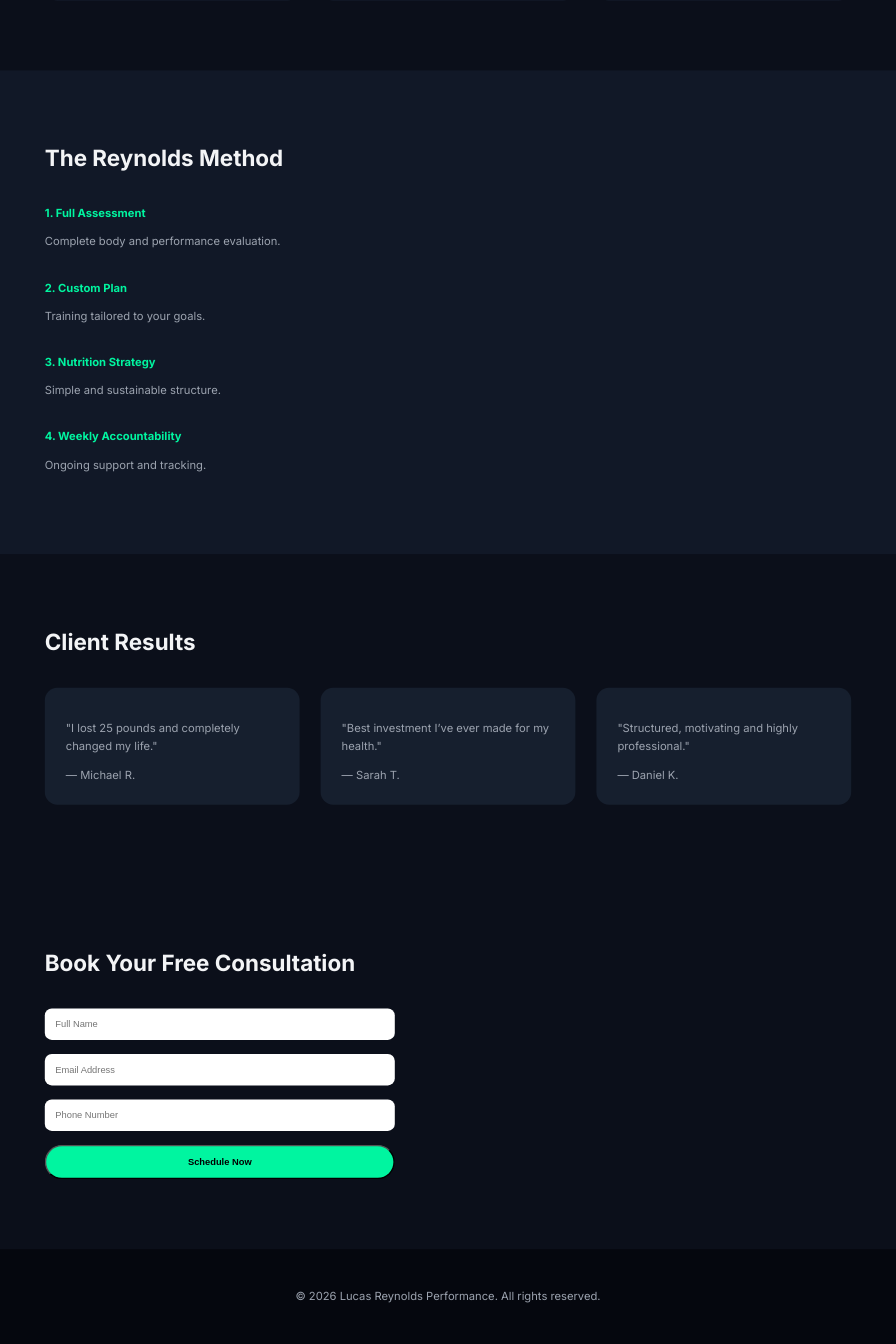
Repository: davidfsillva/Landing-page-pro
Page: index.html
These files come from the project's save history. The page is drawn as it stood at one moment and after the next save; the edit follows.
The browser window is 1280 px wide. The pictures show the part of the page from y = 1082 to 3002 px (the page is 3002 px tall before and 2931 px after), at 70% of full size.

Above is the page before, as saved 2026-02-25 18:58:49.

### index.html
<!DOCTYPE html>
<html lang="en">
<head>
    <!-- ================= BASIC META ================= -->
    <meta charset="UTF-8">
    <meta name="viewport" content="width=device-width, initial-scale=1.0, maximum-scale=5.0">
    <meta name="robots" content="index, follow">
    <link rel="canonical" href="https://www.davidperformance.com">

    <!-- ================= SEO ================= -->
    <title>David Performance | Elite Personal Trainer</title>
    <meta name="description" content="Elite personal training focused on fat loss, muscle building and peak performance. Customized programs, strategic nutrition and real accountability. Book your free fitness consultation today.">

    <!-- ================= OPEN GRAPH ================= -->
    <meta property="og:title" content="David Performance | Transform Your Body in 90 Days">
    <meta property="og:description" content="Personalized training programs with proven results. Limited spots available.">
    <meta property="og:type" content="website">
    <meta property="og:image" content="https://placehold.co/1200x630/0B1020/00FF99?text=DAVID+PERFORMANCE">
    <meta property="og:url" content="https://www.davidperformance.com">
    <meta name="twitter:card" content="summary_large_image">

    <!-- ================= FONTS ================= -->
    <link rel="preconnect" href="https://fonts.googleapis.com">
    <link href="https://fonts.googleapis.com/css2?family=Inter:wght@300;400;600;700;800&display=swap" rel="stylesheet">

    <!-- Icons -->
    <link rel="stylesheet" href="https://cdnjs.cloudflare.com/ajax/libs/font-awesome/6.0.0-beta3/css/all.min.css">

    <!-- CSS -->
    <link rel="stylesheet" href="style.css">

    <!-- ================= PIXEL / TRACKING ================= -->
    <!-- Add Meta Pixel or Google Tag Manager here -->
</head>

<body>

<header class="header">
  <div class="container header-flex">
      <div class="logo">LUCAS REYNOLDS</div>

      <button class="menu-toggle" id="menuToggle">☰</button>

      <nav class="nav" id="nav">
          <a href="#about">About</a>
          <a href="#method">Method</a>
          <a href="#results">Results</a>
      </nav>
  </div>
</header>

<main>

<!-- HERO -->
<section class="hero">
    <div class="hero-overlay"></div>

    <div class="container hero-grid">

        <div class="hero-content">
            <div class="hero-badge">
                Trusted by 320+ Clients
            </div>

            <h1>
                TRANSFORM YOUR BODY IN
                <span>90 DAYS</span>
                OR LESS
            </h1>

            <p>
                Elite personal coaching focused on fat loss, muscle growth and peak performance.
                No generic workouts. Just real strategy and real accountability.
            </p>

            <div class="hero-buttons">
                <a href="#contact" class="btn btn-primary">
                    Book Free Consultation
                </a>
            </div>

            <div class="hero-proof">
                <div>
                    <strong>320+</strong>
                    <small>Transformations</small>
                </div>

                <div>
                    <strong>8+ Years</strong>
                    <small>Experience</small>
                </div>
            </div>
        </div>

    </div>
</section>

<!-- ABOUT -->
<section id="about" class="section">
    <div class="container">
        <h2>Why Most People Fail</h2>

        <div class="grid-3">

            <div class="card">
                <h3>Generic Workouts</h3>
                <p>Programs not built for your body or goals.</p>
            </div>

            <div class="card">
                <h3>Poor Nutrition</h3>
                <p>No structured nutrition strategy to match your lifestyle.</p>
            </div>

            <div class="card">
                <h3>No Accountability</h3>
                <p>Without guidance, consistency becomes impossible.</p>
            </div>

        </div>
    </div>
</section>

<!-- METHOD -->
<section id="method" class="section section-dark">
    <div class="container">
        <h2>The Reynolds Method</h2>

        <div class="method-list">
            <div class="method-item">
                <strong>1. Full Assessment</strong>
                <p>Complete body and performance evaluation.</p>
            </div>

            <div class="method-item">
                <strong>2. Custom Plan</strong>
                <p>Training tailored to your goals.</p>
            </div>

            <div class="method-item">
                <strong>3. Nutrition Strategy</strong>
                <p>Simple and sustainable structure.</p>
            </div>

            <div class="method-item">
                <strong>4. Weekly Accountability</strong>
                <p>Ongoing support and tracking.</p>
            </div>
        </div>
    </div>
</section>

<!-- RESULTS -->
<section id="results" class="section">
    <div class="container">
        <h2>Client Results</h2>

        <div class="grid-3">

            <div class="testimonial">
                <p>"I lost 25 pounds and completely changed my life."</p>
                <span>— Michael R.</span>
            </div>

            <div class="testimonial">
                <p>"Best investment I’ve ever made for my health."</p>
                <span>— Sarah T.</span>
            </div>

            <div class="testimonial">
                <p>"Structured, motivating and highly professional."</p>
                <span>— Daniel K.</span>
            </div>

        </div>
    </div>
</section>

<!-- CONTACT -->
<section id="contact" class="section cta">
    <div class="container">
        <h2>Book Your Free Consultation</h2>

        <form class="form">
            <input type="text" placeholder="Full Name" required>
            <input type="email" placeholder="Email Address" required>
            <input type="tel" placeholder="Phone Number" required>

            <button type="submit" class="btn btn-primary">
                Schedule Now
            </button>
        </form>
    </div>
</section>

</main>

<footer class="footer">
    <div class="container">
        <p>© 2026 Lucas Reynolds Performance. All rights reserved.</p>
    </div>
</footer>

<script src="script.js"></script>
</body>
</html>

### style.css
* {
    margin: 0;
    padding: 0;
    box-sizing: border-box;
}

:root {
    --bg: #0B0F1A;
    --bg-dark: #111827;
    --card: #161F2E;

    --text: #F3F4F6;
    --muted: #9CA3AF;

    --accent: #00F5A0;

    --radius: 18px;
}

body {
    font-family: 'Inter', sans-serif;
    background: var(--bg);
    color: var(--muted);
    line-height: 1.6;
}

.container {
    width: 90%;
    max-width: 1200px;
    margin: auto;
}

.section {
    padding: 100px 0;
}

.section-dark {
    background: var(--bg-dark);
}

h1, h2, h3 {
    color: var(--text);
}

h1 {
    font-size: clamp(2.5rem, 5vw, 4rem);
    line-height: 1.1;
}

h1 span {
    color: var(--accent);
}

h2 {
    font-size: 2rem;
    margin-bottom: 40px;
}

p {
    margin: 15px 0;
}

.btn {
    display: inline-block;
    padding: 15px 35px;
    border-radius: 50px;
    font-weight: 600;
    text-decoration: none;
    transition: 0.3s ease;
}

.btn-primary {
    background: var(--accent);
    color: #000;
}

.btn-primary:hover {
    transform: translateY(-3px);
}

/* HEADER */
.header {
    position: fixed;
    width: 100%;
    background: rgba(11,15,26,0.9);
    backdrop-filter: blur(8px);
    padding: 20px 0;
    z-index: 1000;
}

.header-flex {
    display: flex;
    justify-content: space-between;
    align-items: center;
}

.logo {
    font-weight: 800;
    color: var(--accent);
}

.nav {
    display: flex;
    gap: 30px;
}

.nav a {
    color: var(--muted);
    text-decoration: none;
}

.nav a:hover {
    color: var(--accent);
}

.menu-toggle {
    display: none;
    background: none;
    border: none;
    color: var(--accent);
    font-size: 1.5rem;
}

/* HERO */
.hero {
    height: 100vh;
    display: flex;
    align-items: center;
    background: url('img/pexels-ardit-mbrati-216809103-18187618.jpg') center right/cover no-repeat;
    position: relative;
    padding-top: 80px;
}

.hero-overlay {
    position: absolute;
    inset: 0;
    background: linear-gradient(270deg, rgba(11, 15, 26, 0.116), rgb(11, 15, 26));
}

.hero-grid {
    position: relative;
}

.hero-content {
    max-width: 600px;
}

.hero-badge {
    background: rgba(0,245,160,0.1);
    color: var(--accent);
    padding: 8px 16px;
    border-radius: 50px;
    display: inline-block;
    margin-bottom: 20px;
}

.hero-proof {
    display: flex;
    gap: 40px;
    margin-top: 30px;
}

.hero-proof strong {
    color: var(--accent);
    font-size: 1.5rem;
    display: block;
}

/* CARDS */
.grid-3 {
    display: grid;
    gap: 30px;
}

.card, .testimonial {
    background: var(--card);
    padding: 30px;
    border-radius: var(--radius);
}

.method-list {
    display: grid;
    gap: 25px;
}

.method-item strong {
    color: var(--accent);
}

/* FORM */
.form {
    display: grid;
    gap: 20px;
    max-width: 500px;
}

.form input {
    padding: 15px;
    border-radius: 10px;
    border: none;
}

/* FOOTER */
.footer {
    padding: 40px 0;
    text-align: center;
    background: #05070E;
}

/* RESPONSIVE */
@media (min-width: 768px) {
    .grid-3 {
        grid-template-columns: repeat(3, 1fr);
    }
}

@media (max-width: 768px) {
    .nav {
        display: none;
        flex-direction: column;
        background: var(--bg-dark);
        position: absolute;
        top: 70px;
        right: 0;
        padding: 20px;
    }

    .nav.active {
        display: flex;
    }

    .menu-toggle {
        display: block;
    }

    .hero-proof {
        flex-direction: column;
    }
}

### script.js
(function () {
  "use strict";

  /* =====================================================
     1. MENU RESPONSIVO COM ACESSIBILIDADE
  ===================================================== */
  const menuToggle = document.getElementById("menuToggle");
  const navMenu = document.getElementById("navMenu");

  if (menuToggle && navMenu) {
    menuToggle.addEventListener("click", () => {
      const isActive = navMenu.classList.toggle("active");

      // Atualiza aria-expanded para acessibilidade
      menuToggle.setAttribute("aria-expanded", isActive);

      // Impede scroll do body quando menu aberto
      document.body.style.overflow = isActive ? "hidden" : "auto";
    });

    // Fecha menu ao clicar em link
    document.querySelectorAll(".nav-menu a").forEach(link => {
      link.addEventListener("click", () => {
        navMenu.classList.remove("active");
        menuToggle.setAttribute("aria-expanded", "false");
        document.body.style.overflow = "auto";
      });
    });
  }

  /* =====================================================
     2. SCROLL SUAVE COM OFFSET DO HEADER
  ===================================================== */
  const header = document.querySelector("header");

  document.querySelectorAll('a[href^="#"]').forEach(anchor => {
    anchor.addEventListener("click", function (e) {
      const targetId = this.getAttribute("href");
      if (targetId === "#") return;

      const target = document.querySelector(targetId);
      if (!target) return;

      e.preventDefault();

      const headerHeight = header ? header.offsetHeight : 0;
      const elementPosition = target.getBoundingClientRect().top + window.scrollY;
      const offsetPosition = elementPosition - headerHeight - 10;

      window.scrollTo({
        top: offsetPosition,
        behavior: "smooth"
      });
    });
  });

  /* =====================================================
     3. REVEAL ON SCROLL (OTIMIZADO)
  ===================================================== */
  const reveals = document.querySelectorAll(".reveal");

  if ("IntersectionObserver" in window) {
    const revealObserver = new IntersectionObserver((entries, observer) => {
      entries.forEach(entry => {
        if (entry.isIntersecting) {
          entry.target.classList.add("active");
          observer.unobserve(entry.target);
        }
      });
    }, {
      threshold: 0.15,
      rootMargin: "0px 0px -40px 0px"
    });

    reveals.forEach(el => revealObserver.observe(el));
  } else {
    // Fallback simples
    reveals.forEach(el => el.classList.add("active"));
  }

  /* =====================================================
     4. CONTADOR ANIMADO
  ===================================================== */
  const counter = document.querySelector(".counter-number");

  if (counter) {
    const target = parseInt(counter.dataset.target, 10);
    let current = 0;
    const duration = 1500;
    const startTime = performance.now();

    const animateCounter = (timestamp) => {
      const progress = Math.min((timestamp - startTime) / duration, 1);
      current = Math.floor(progress * target);
      counter.textContent = current.toLocaleString("pt-BR");

      if (progress < 1) {
        requestAnimationFrame(animateCounter);
      } else {
        counter.textContent = target.toLocaleString("pt-BR");
      }
    };

    const counterObserver = new IntersectionObserver(entries => {
      if (entries[0].isIntersecting) {
        requestAnimationFrame(animateCounter);
        counterObserver.disconnect();
      }
    }, { threshold: 0.6 });

    counterObserver.observe(counter);
  }

  /* =====================================================
     5. VALIDAÇÃO AVANÇADA + REDIRECIONAMENTO WHATSAPP
  ===================================================== */
  const form = document.getElementById("leadForm");
  const feedback = document.getElementById("formFeedback");

  if (form && feedback) {
    form.addEventListener("submit", function (e) {
      e.preventDefault();

      const nome = document.getElementById("nome").value.trim();
      const email = document.getElementById("email").value.trim();
      const telefone = document.getElementById("telefone").value.trim();
      const telDigits = telefone.replace(/\D/g, "");

      // Reset visual
      feedback.style.color = "#ff4d4d";
      feedback.textContent = "";

      /* ===== Validações ===== */

      if (nome.length < 5 || !/\s/.test(nome)) {
        feedback.textContent = "Digite nome e sobrenome corretamente.";
        return;
      }

      const emailRegex = /^[^\s@]+@[^\s@]+\.[^\s@]+$/;
      if (!emailRegex.test(email)) {
        feedback.textContent = "Digite um e-mail válido.";
        return;
      }

      if (telDigits.length < 10 || telDigits.length > 11) {
        feedback.textContent = "WhatsApp inválido. Use DDD + número.";
        return;
      }

      /* ===== Sucesso ===== */
      feedback.style.color = "#00FF99";
      feedback.textContent = "Redirecionando para o WhatsApp...";

      /* ===== Disparo de Pixel ===== */

      // Meta Pixel
      if (typeof fbq === "function") {
        fbq("track", "Lead");
      }

      // Google Ads (exemplo)
      if (typeof gtag === "function") {
        gtag("event", "conversion", {
          event_category: "Lead",
          event_label: "Form Landing"
        });
      }

      /* ===== Redirecionamento WhatsApp ===== */

      const numeroPersonal = "5511999999999"; // ⚠️ ALTERE AQUI
      const mensagem = encodeURIComponent(
        `Olá! Me chamo ${nome}.\nQuero agendar minha avaliação gratuita.\nE-mail: ${email}`
      );

      setTimeout(() => {
        window.location.href = `https://wa.me/${numeroPersonal}?text=${mensagem}`;
      }, 1200);
    });
  }

})();

After the next save:
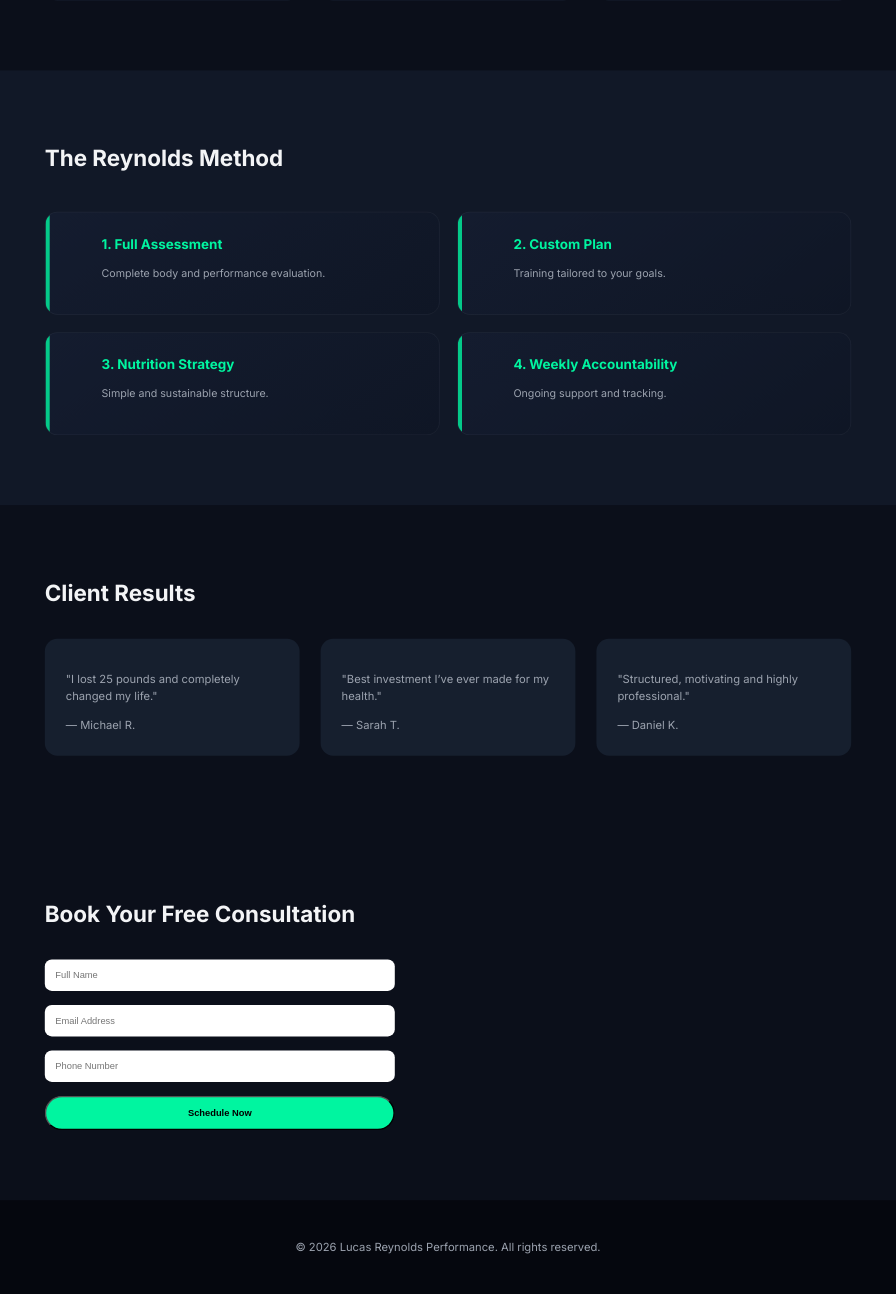
Saved 115 s later.
--- a/style.css
+++ b/style.css
@@ -164,6 +164,76 @@ p {
     color: var(--accent);
     font-size: 1.5rem;
     display: block;
+}
+
+/* ===============================
+   METHOD SECTION IMPROVED
+=================================*/
+
+.method-list {
+    display: grid;
+    gap: 30px;
+    margin-top: 50px;
+}
+
+.method-item {
+    position: relative;
+    background: linear-gradient(145deg, #141C2F, #0F1625);
+    padding: 30px 35px 30px 80px;
+    border-radius: 18px;
+    border: 1px solid rgba(255,255,255,0.05);
+    transition: 0.35s ease;
+    overflow: hidden;
+}
+
+/* Linha lateral de destaque */
+.method-item::before {
+    content: "";
+    position: absolute;
+    left: 0;
+    top: 0;
+    height: 100%;
+    width: 6px;
+    background: var(--accent);
+    opacity: 0.8;
+}
+
+/* Número grande no fundo */
+.method-item::after {
+    content: attr(data-step);
+    position: absolute;
+    right: 25px;
+    top: 20px;
+    font-size: 4rem;
+    font-weight: 800;
+    color: rgba(255,255,255,0.04);
+}
+
+/* Hover sofisticado */
+.method-item:hover {
+    transform: translateY(-8px);
+    border-color: var(--accent);
+    box-shadow: 0 20px 50px -15px rgba(0,245,160,0.25);
+}
+
+.method-item strong {
+    display: block;
+    font-size: 1.2rem;
+    color: var(--text);
+    margin-bottom: 10px;
+}
+
+.method-item p {
+    font-size: 0.95rem;
+    color: var(--muted);
+    max-width: 500px;
+}
+
+/* Layout 2 colunas no desktop */
+@media (min-width: 900px) {
+    .method-list {
+        grid-template-columns: repeat(2, 1fr);
+    }
 }
 
 /* CARDS */
